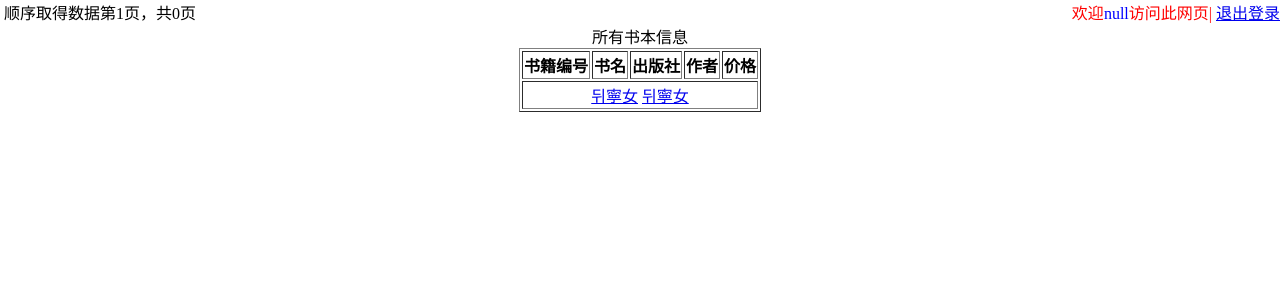
Repository: guirui-li/StudyJavaWeb
Page: http://localhost/JavawebTest/FenServlet?page=1
These files come from the project's save history. The page is drawn as it stood at one moment and after the next save; the edit follows.
The browser window is 1280 px wide. The pictures show the whole page.
The page is served by Tomcat 9. Queries for data that is not in the repository find no rows.

Above is the page before, as saved 2019-04-30 11:21:20.

After the next save:
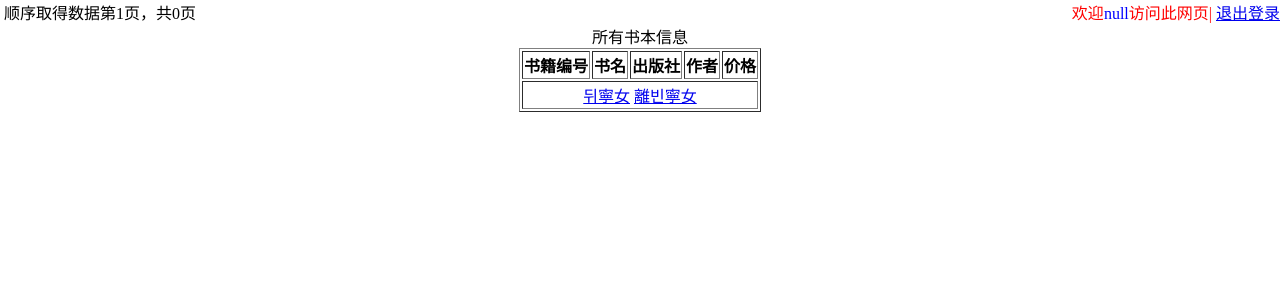
Saved 13 s later.
--- a/JavawebTest/src/com/guirui/demo04/FenServlet.java
+++ b/JavawebTest/src/com/guirui/demo04/FenServlet.java
@@ -55,7 +55,7 @@ public class FenServlet extends HttpServlet {
 			}
 			sb.append(" ");
 		}
-		sb.append("<a href='/JavawebTest/FenServlet?page="+1+"'>"+"뒤寧女"+"</a>");
+		sb.append("<a href='/JavawebTest/FenServlet?page="+1+"'>"+"離빈寧女"+"</a>");
 		sb.append(" ");
 		request.setAttribute("bar", sb.toString());
 		request.getRequestDispatcher("/experiment08/loginSuccess.jsp").forward(request, response);
